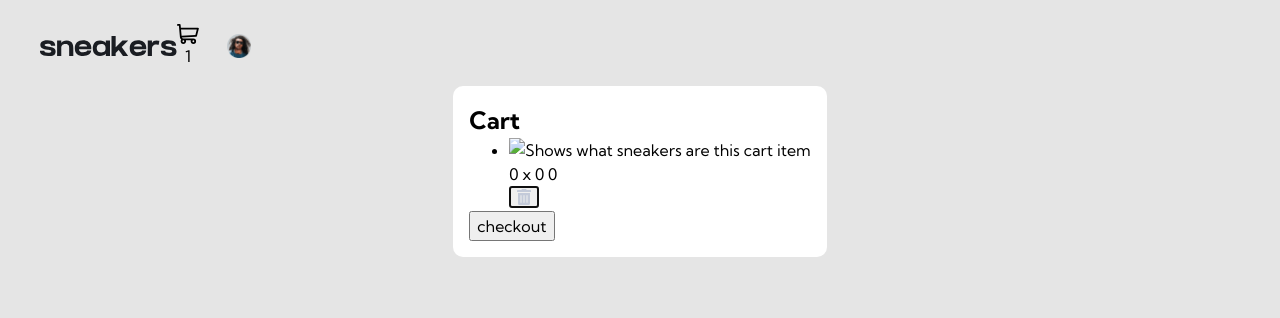
Repository: NikitaVologdin/React-Commerce-Product-Page
Page: /, after clicking the first element matching `button.header__cart-icon`
These files come from the project's save history. The page is drawn as it stood at one moment and after the next save; the edit follows.
The browser window is 1280 px wide. The pictures show the whole page.
The project was rebuilt for these pictures with package versions that can differ from the ones it lists, and the page was loaded fresh each time. Also part of the build but not shown: vite.config.ts.

Above is the page before, as saved 2024-11-09 13:13:31.

After the next save:
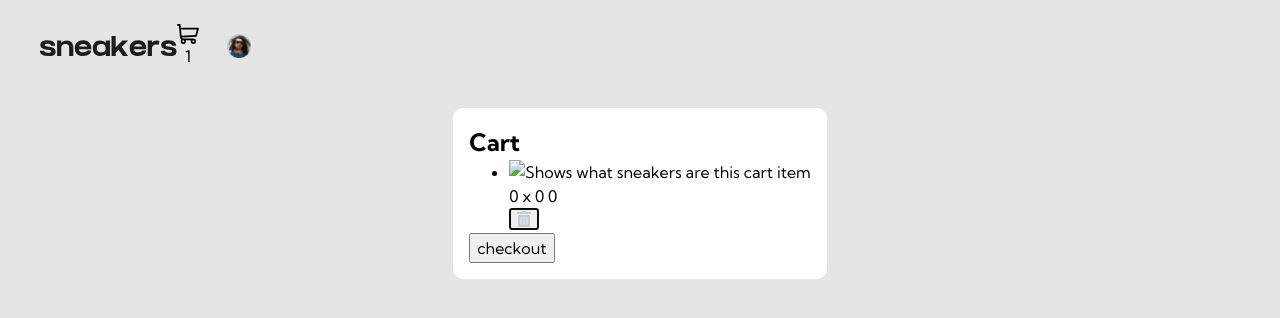
Saved 6 s later.
--- a/src/index.css
+++ b/src/index.css
@@ -133,7 +133,7 @@
   border-radius: 10px;
   border: none;
   margin: 0 auto;
-  top: 12%;
+  top: 15%;
   &__title {
     font-size: 16px;
     font-weight: 700;
